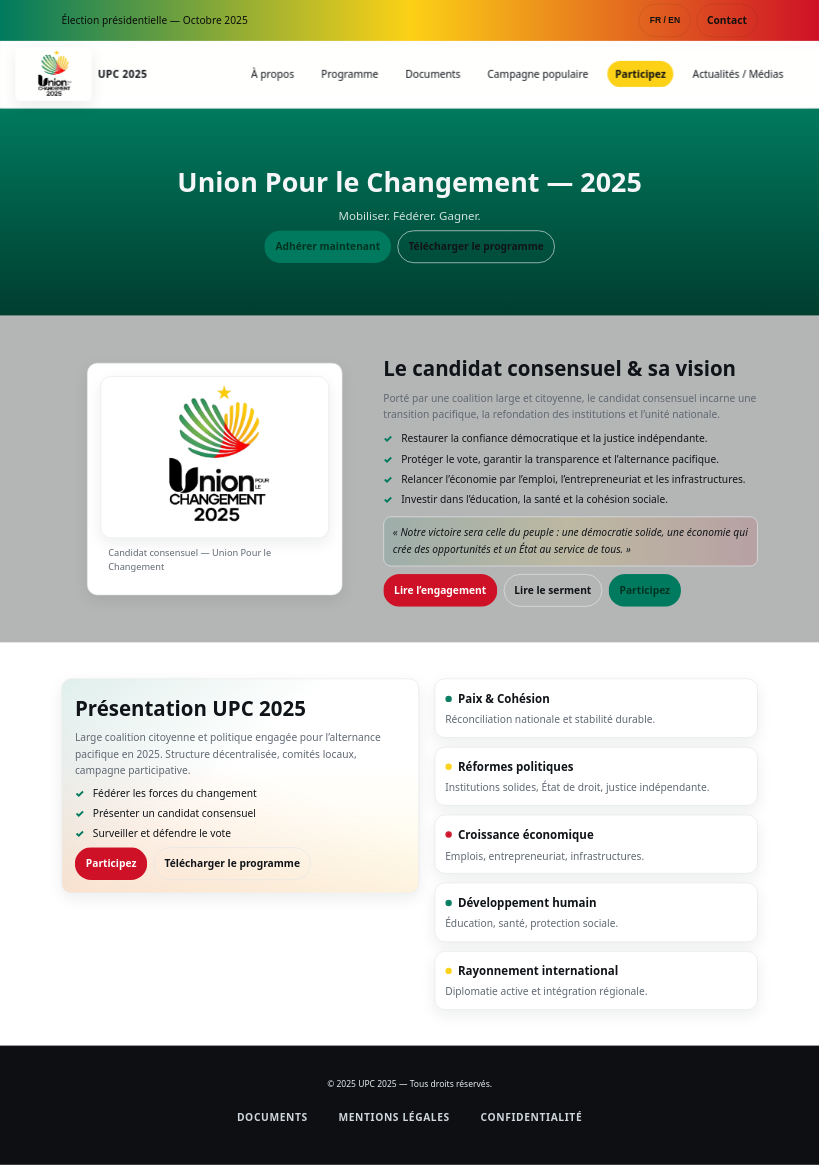
Repository: Kishny/upc2025
Page: index.html
The author's editor kept a copy of each file at every save. The page is drawn from the files as they stood at one save, then again after the next save.
The browser window is 1280 px wide. The pictures show the whole page, at 64% of full size.

Above is the page before, as saved 2025-09-11 02:24:57.

After the next save:
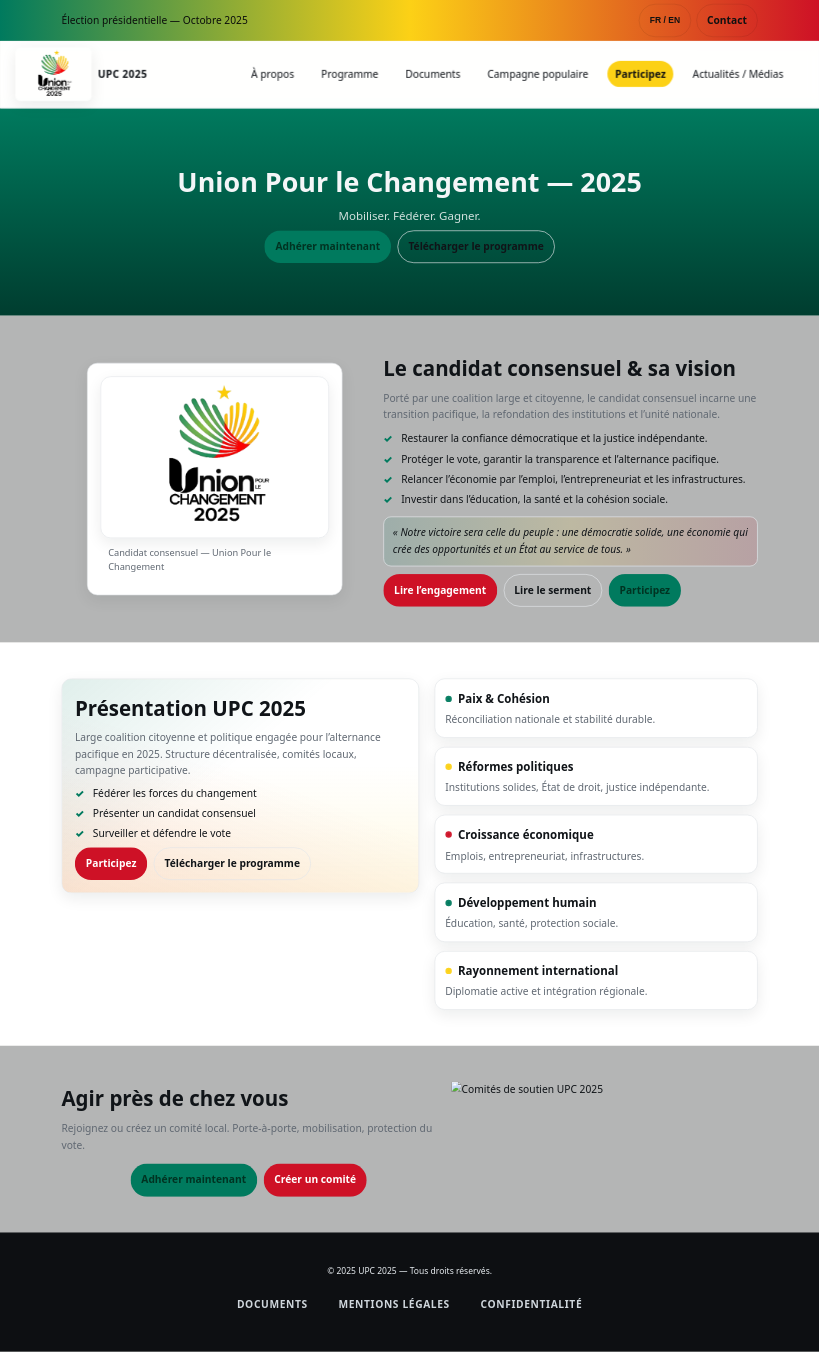
Not found: assets/img/comite.jpg
Saved 37 s later.
--- a/index.html
+++ b/index.html
@@ -265,6 +265,43 @@
       </div>
     </section>
 
+    <!-- Section Appel à l’action -->
+    <section class="section section--alt">
+      <div class="container grid-2">
+        <!-- Colonne gauche : Texte et appel -->
+        <div class="cta__text">
+          <h2 data-i18n="call_action">Agir près de chez vous</h2>
+          <p data-i18n="call_action_text">
+            Rejoignez un comité existant ou créez le vôtre pour mobiliser autour
+            de l’alternance pacifique en 2025.
+          </p>
+          <div class="hero__cta">
+            <a
+              href="participez.html#adhesion"
+              class="btn btn--primary"
+              data-i18n="cta_join"
+              >Adhérer maintenant</a
+            >
+            <a
+              href="participez.html#comite"
+              class="btn btn--secondary"
+              data-i18n="cta_create_committee"
+              >Créer un comité</a
+            >
+          </div>
+        </div>
+
+        <!-- Colonne droite : Illustration -->
+        <div class="cta__image">
+          <img
+            src="assets/img/comite.jpg"
+            alt="Comités de soutien UPC 2025"
+            class="cta__illustration"
+          />
+        </div>
+      </div>
+    </section>
+
     <!-- Footer -->
     <footer class="footer footer--solid">
       <div class="container footer__inner">

After the save that followed:
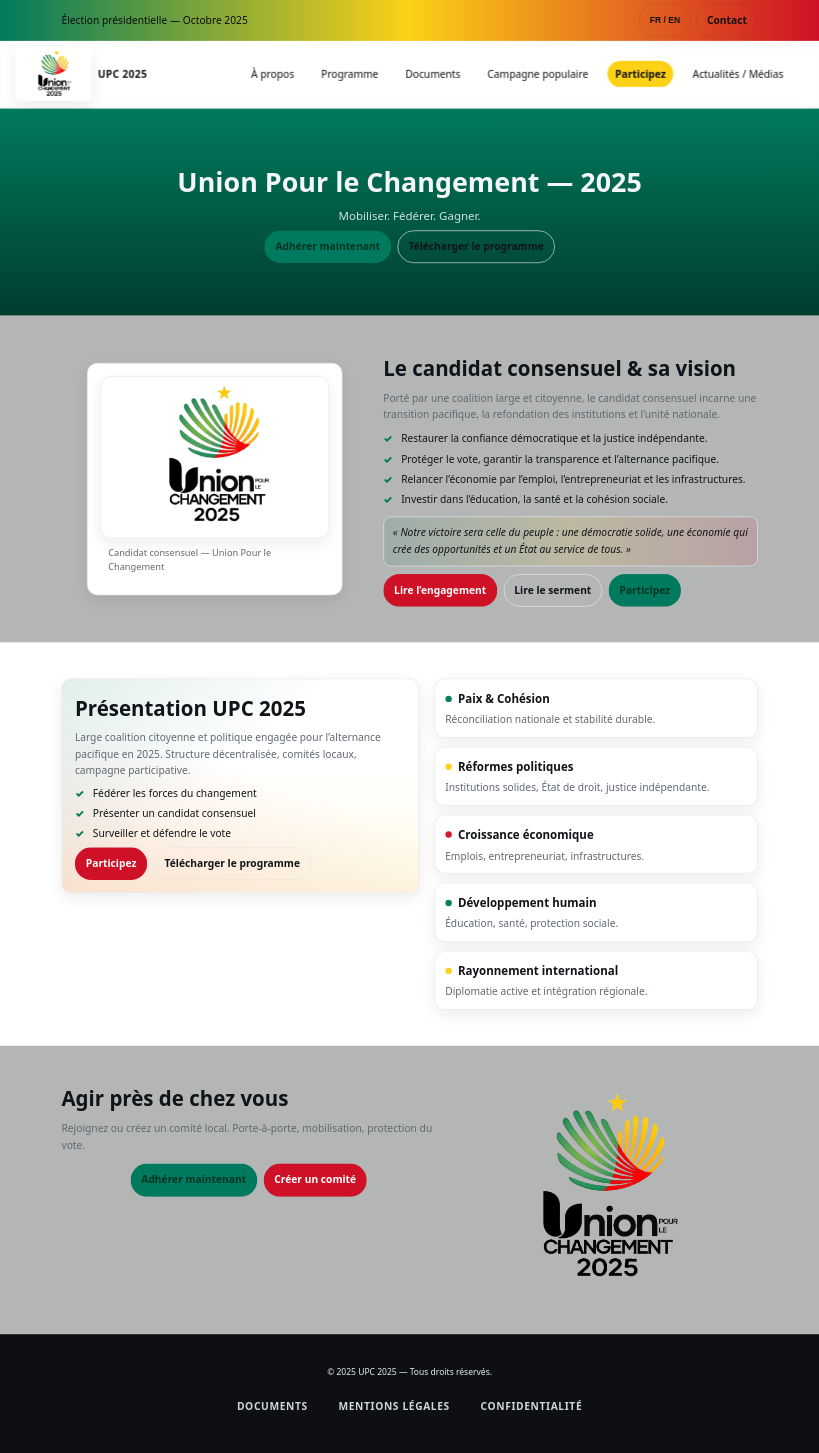
Saved 28 s later.
--- a/index.html
+++ b/index.html
@@ -294,7 +294,7 @@
         <!-- Colonne droite : Illustration -->
         <div class="cta__image">
           <img
-            src="assets/img/comite.jpg"
+            src="assets/img/logo.png"
             alt="Comités de soutien UPC 2025"
             class="cta__illustration"
           />
